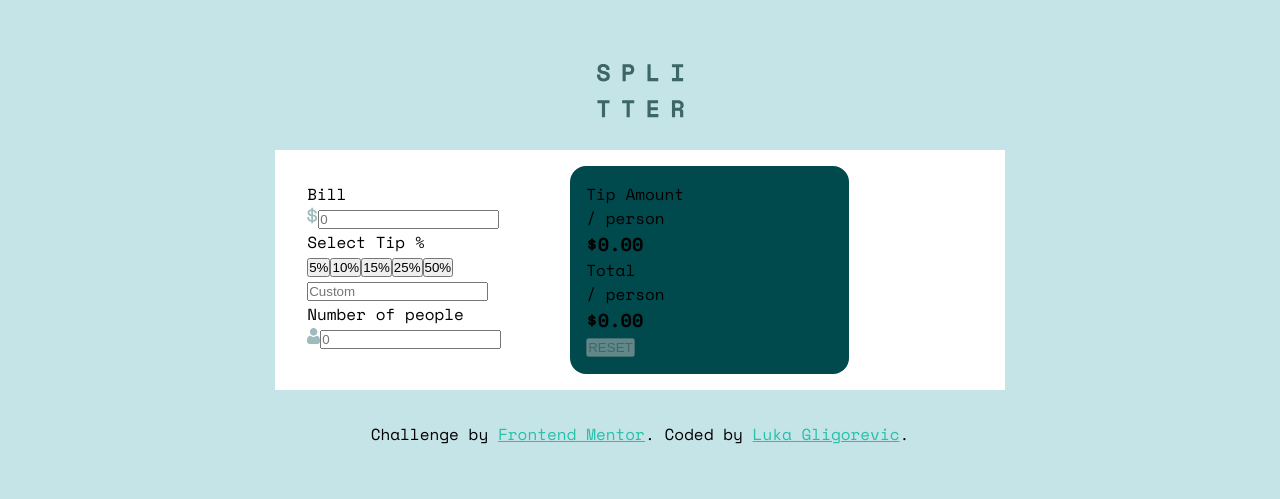
Repository: gligor99/tip-fmentor
Page: /
These files come from the project's save history. The page is drawn as it stood at one moment and after the next save; the edit follows.
The browser window is 1280 px wide. The pictures show the whole page.
The project was rebuilt for these pictures with package versions that can differ from the ones it lists, and the page was loaded fresh each time.

Above is the page before, as saved 2021-11-27 17:46:53.

### src/index.css
@import url("https://fonts.googleapis.com/css2?family=Space+Mono:wght@400;700&display=swap");

:root {
  --clr-primary: hsl(172, 67%, 45%);
  --clr-dark-cyan: hsl(183, 100%, 15%);
  --clr-dark-grayish-cyan: hsl(186, 14%, 43%);
  --clr-dark-grayish-cyan2: hsl(184, 14%, 56%);
  --clr-light-grayish-cyan: hsl(185, 41%, 84%);
  --clr-light-grayish-cyan2: hsl(189, 41%, 97%);
  --clr-white: hsl(0, 0%, 100%);
}

*,
::after,
::before {
  margin: 0;
  padding: 0;
  box-sizing: border-box;
}
body {
  font-family: "Space Mono", sans-serif;
  background: var(--clr-light-grayish-cyan);
  color: var(--clr-grey-1);
  line-height: 1.5;
  font-size: 1rem;
}

.App {
  display: flex;
  flex-direction: column;
  justify-content: center;
  padding: 2rem;
  max-height: 100vh;
}

.logo {
  display: flex;
  justify-content: center;
  padding: 2rem;
}

.attribution {
  font-size: 1rem;
  text-align: center;
  padding: 2rem;
}
.attribution a {
  color: var(--clr-primary);
}

.container {
  display: flex;
  justify-content: initial;
  background-color: var(--clr-white);
  width: 60%;
  margin: auto;
  padding: 1rem 1rem;
}
.left-side {
  width: 40%;
  padding: 1rem;
}

.right-side {
  background-color: var(--clr-dark-cyan);
  width: 40%;
  border-radius: 1rem;
  padding: 1rem;
}

### src/App.tsx
import Footer from "./components/Footer";
import logo from "./assets/logo.svg";
import Tipper from "./components/Tipper";
import { useState } from "react";

function App() {
  const [bill, setBill] = useState(0)
  const [people, setPeople] = useState(0)
  const [total, setTotal] = useState(0)


  return (
    <div className="App">
      <div className="logo">
        <img src={logo} alt="logo" />
      </div>
      <Tipper />
      <Footer name="Luka Gligorevic" />
    </div>
  );
}

export default App;

### src/components/Footer.tsx
type Props = {
  name: String;
};

const Footer: React.FC<Props> = ({ name }) => {
  return (
    <div className="attribution">
      Challenge by{" "}
      <a
        href="https://www.frontendmentor.io?ref=challenge"
        target="_blank"
        rel="noreferrer"
      >
        Frontend Mentor
      </a>
      . Coded by <a href="https://github.com/gligor99">{name}</a>.
    </div>
  );
};

export default Footer;

### src/components/Tipper.tsx
import iconDollar from "../assets/icon-dollar.svg";
import iconPeople from "../assets/icon-person.svg";

const Tipper = () => {
  return (
    <section className="wrapper">
      <section className="container">
        <div className="left-side">
          <form>
            <label htmlFor="bill">Bill</label>
            <div className="input-div">
              <img className="input-icon" src={iconDollar} alt="dollarIcon" />
              <input type="number" placeholder="0" />
            </div>
            <label htmlFor="select-tip">Select Tip %</label>
            <div className="buttons">
              <button className="percentage-btn" data-value="5">
                5%
              </button>
              <button className="percentage-btn" data-value="5">
                10%
              </button>
              <button className="percentage-btn" data-value="5">
                15%
              </button>
              <button className="percentage-btn" data-value="5">
                25%
              </button>
              <button className="percentage-btn" data-value="5">
                50%
              </button>
              <input
                type="number"
                placeholder="Custom"
                className="custom-tip"
              />
            </div>
            <label htmlFor="no-of-people">Number of people</label>
            <div className="input-div">
              <img className="input-icon" src={iconPeople} alt="personIcon" />
              <input type="number" placeholder="0" />
            </div>
          </form>
        </div>
        <div className="right-side">
          <div className="results-tip">
            <div className="results-text">
              <p className="results-label">Tip Amount</p>
              <p className="per-person">/ person</p>
            </div>
            <div className="tip-result">
              <h1 id="tip-result">$0.00</h1>
            </div>
          </div>
          <div className="results-total">
            <div className="results-text">
              <p className="results-label">Total</p>
              <p className="per-person">/ person</p>
            </div>
            <div className="total-result">
              <h1 id="total-result">$0.00</h1>
            </div>
          </div>
          <button className="reset-btn" type="reset" disabled>
            RESET
          </button>
        </div>
      </section>
    </section>
  );
};

export default Tipper;

Loaded but not shown: public/index.html (common file); src/index.tsx (common file)

After the next save:
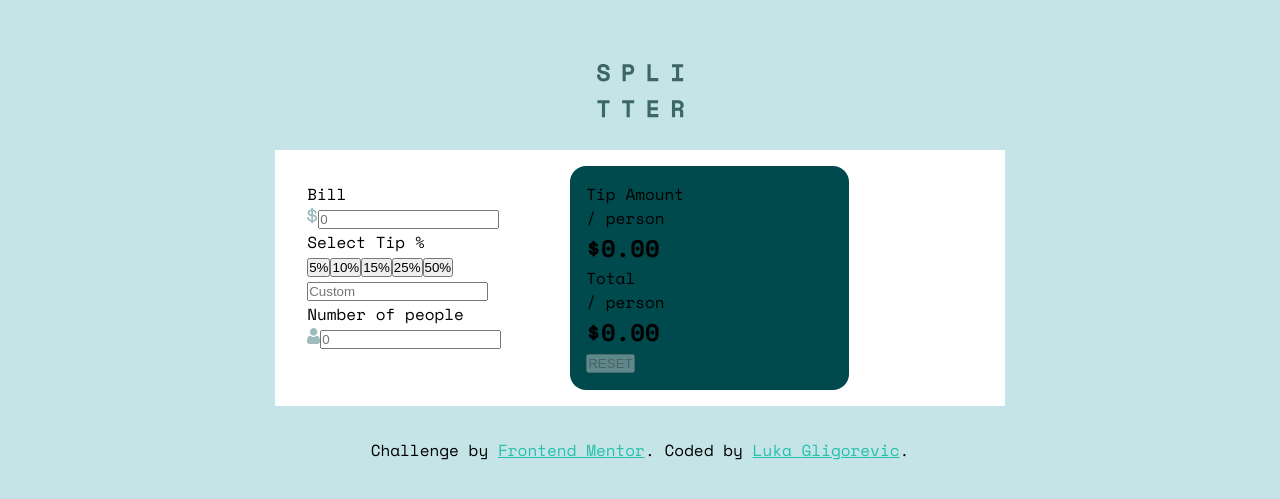
Saved 60 s later.
--- a/src/components/Tipper.tsx
+++ b/src/components/Tipper.tsx
@@ -3,7 +3,7 @@ import iconPeople from "../assets/icon-person.svg";
 
 const Tipper = () => {
   return (
-    <section className="wrapper">
+
       <section className="container">
         <div className="left-side">
           <form>
@@ -66,7 +66,7 @@ const Tipper = () => {
           </button>
         </div>
       </section>
-    </section>
+
   );
 };
 
